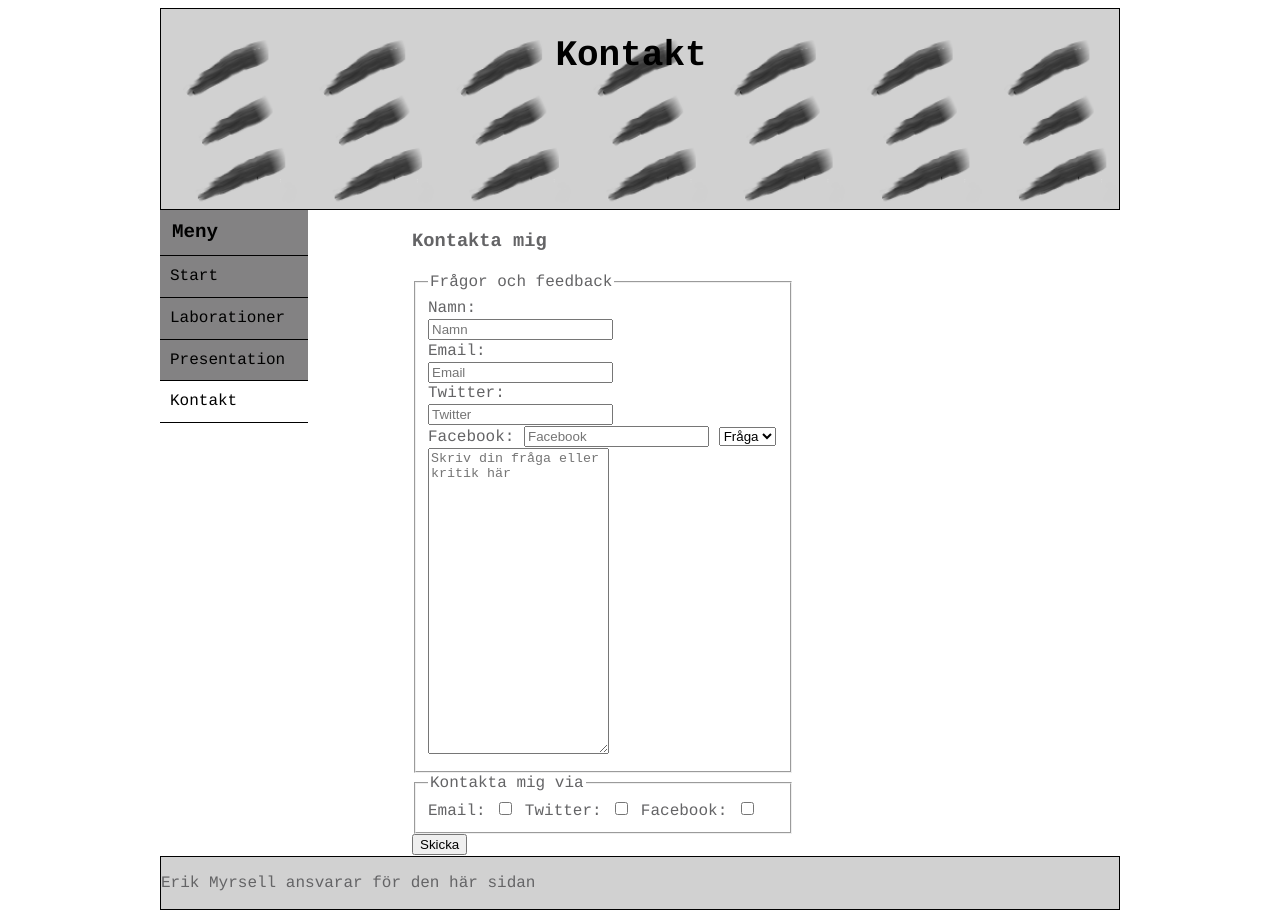
Repository: em222mt/1IK415_em222mt
Page: pages/kontakt.html
The author's editor kept a record of every edit. The page is drawn from the files as they stood at one moment, then again after the next edit.
The browser window is 1280 px wide. The pictures show the whole page.

Above is the page before.

### pages/kontakt.html
<!doctype html>
<html lang="sv">

<head>
     <meta charset="utf-8">
     <title>Kontakt</title>

     <link rel="stylesheet" href="../css/basic.css">
</head>

    <body>
        <div id="container">

            <div id="header">

            <h1 class="headertitle">Kontakt</h1>

            </div>

            <div id="navigation">

            <ul>
                <li>Meny</li>
                <li><a href="../index.html">Start</a></li>
                <li><a href="laborationer.html">Laborationer</a></li>
                <li><a href="presentation.html">Presentation</a></li>
                <li><a href="kontakt.html" class="active">Kontakt</a></li>
            </ul>

            </div>

            <div id="content">

            <div id="contact">

            <h3>Kontakta mig</h3>

            <!-- Formulär börjar här -->

            <form id="form" action="http://voyager.lnu.se/tekinet/kurser/dtt/wp_webbintro/form.php" method="post">
                <fieldset>
                    <legend id="formframe">Frågor och feedback</legend>

                        <label id="formname" for="namn">Namn:</label></br>
                        <input id="formname" placeholder="Namn" type="text" name="namn" id="namn" /></br>

                        <label id="formemail"for="email">Email:</label></br>
                        <input id="formemail"placeholder="Email" type="text" name="email" id="email" /></br>

                        <label id="formtwitter" for="twitter">Twitter:</label></br>
                        <input id="formtwitter"placeholder="Twitter" type="text" name="twitter" id="twitter" /></br>

                        <label id="formfacebook" for="facebook">Facebook:</label>
                        <input id="formfacebook" placeholder="Facebook" type="text" name="facebook" id="facebook" />

                        <select id="formselector" name="fråga eller feedback">
                            <option value="Fråga" selected> Fråga </option>
                            <option value="Ris"> Ris </option>
                            <option value="Ros"> Ros </option>
                        </select>

                        <textarea id="formtext" for="textarea" cols="20" rows="20" placeholder="Skriv din fråga eller kritik här" type="text" name="textarea" id="textarea"></textarea>

               </fieldset>

               <fieldset>
                   <legend>Kontakta mig via</legend>

                        <label for="recepientemail">Email:</label>
                        <input type="checkbox" name="recepientemail" id="recepientemail" />
                        <label for="recepienttwitter">Twitter:</label>
                        <input type="checkbox" name="recepienttwitter" id="recepienttwitter" />
                        <label for="recepientfacebook">Facebook:</label>
                        <input type="checkbox" name="recepientfacebook" id="recepientfacebook" />

                </fieldset>

                <input id="formsubmit" type="submit" value="Skicka" />

            </form>

            </div>

            </div>

            <div id="footer">

                <p>Erik Myrsell ansvarar för den här sidan</p>

            </div>

        </div>

    </body>
</html>

### css/basic.css
/*
Background main: #FFFFFF
Background aside: #838283
Background header/footer: #D1D1D1
text-color: #646466
*/

/*Layout*/

a:link 	    { color: black; }
a:visited 	{ color: gray; }
a:focus 	{ color: #838283; }
a:hover	    { color: #6495ED; }
a:active 	{ color: #FFFFFF; }

/*Container*/

#container {
    max-width: 960px;
    overflow: auto;
    margin: 0 auto;
}

/*----------------------------------------*/

/*Header*/

#header {
    border-style: solid;
    border-width: 1px;
    width: 958px;
    background-color: #D1D1D1;
    background-image: url(../pics/Logo5.png);
    background-repeat: round;
    background-position: left;
    text-indent: 300px;
    height: 200px;
}

/*----------------------------------------*/

/*Navigation*/

#navigation {
    float: left;
    width: 148px;
    background-color: #838283;
}

#navigation ul {
    width: 148px;
    margin: 0; padding: 0;
}

#navigation li {
    list-style-type: none;
    border-bottom: 1px solid black;
    text-decoration: none;
}

#navigation li a {
    display: block;
    padding: 10px;
    background-color: #838283;
    color: black;
    text-decoration: none;
}

#navigation li a:hover {
    background-color: white;
    color: #51476F;
    text-decoration: none;
}

#navigation ul li .active {
    background-color: white;
    border-right: none;
}

#navigation ul li:firstchild {
    font-size: 1.2em;
    text-align: center;
    padding-bottom: 10px;
    padding-top: 10px;
}

#navigation > ul > li:nth-child(1){
    color: black;
    font-weight: bold;
    font-size: 1.2em;
    text-indent: 12px;
    padding-bottom: 10px;
    padding-top: 10px;
}

/*----------------------------------------*/

/*Content*/

#content {
    float: left;
    max-width: 808px;
    background-color: #FFFFFF;
    padding-right: 84px;
    padding-left: 84px;
}

#content, p {
    color: #646466;
    font-family: courier , serif;
    line-height: 130%;
    width: 640px;
}

/*----------------------------------------*/

/*Footer*/

#footer {
    border-style: solid;
    border-width: 1px;
    clear: both;
    max-width: 958px;
    background-color: #D1D1D1;
}

/*----------------------------------------*/

/*Storleksanpassat bild i inlägg 2*/
#gubbe {
    max-width: 450px;
}

/*fonts*/
h1, h2, h3, ul, ol, li, form {
    color: #646466;
    font-family: courier , serif;
    line-height: 130%;
    width: 640px;
}

/*----------------------------------------*/

/*Tabell på laboration.html*/

#content table tr td {
    width: 40%;
    border: 2px solid #838283;
    text-align: center;
    border-top-right-radius: 5px;
    border-bottom-right-radius: 5px;

}

#table th {
    border: 2px solid #838283;
    font-size: 1.03em;
    border-top-right-radius: 5px;
    border-bottom-right-radius: 5px;
}

tfoot {
    font-size: 1.03em;
}

/*----------------------------------------*/

/*Lagt till padding för att bulka upp index- och kontaktsidan.*/
#blogg {
    padding-right: 30px;
    padding-left: 30px;
}

#contact {
    padding-right: 20px;
    padding-left: 20px;
}

/*----------------------------------------*/

/*Anpassat headerns text*/

.headertitle {
    text-align: center;
    color: black;
    font-size: 2.25em;
}

/*----------------------------------------*/

/*Lagt till en bild vid blogginläggen*/

h3.entry {
    background-image: url(../pics/post.png);
    background-repeat: no-repeat;
    background-position: top left;
    text-indent: 35px;
}
.entrypic {
    float: right;
    width: 35%;
}

/*----------------------------------------*/
/*#form > fieldset:nth-child(1) {*/
/*    width: 350px;*/
/*}*/

/*#form > fieldset:nth-child(2) {*/
/*    width: 350px;*/
/*}*/

#form fieldset {
    width: 350px;
}

After the next edit:
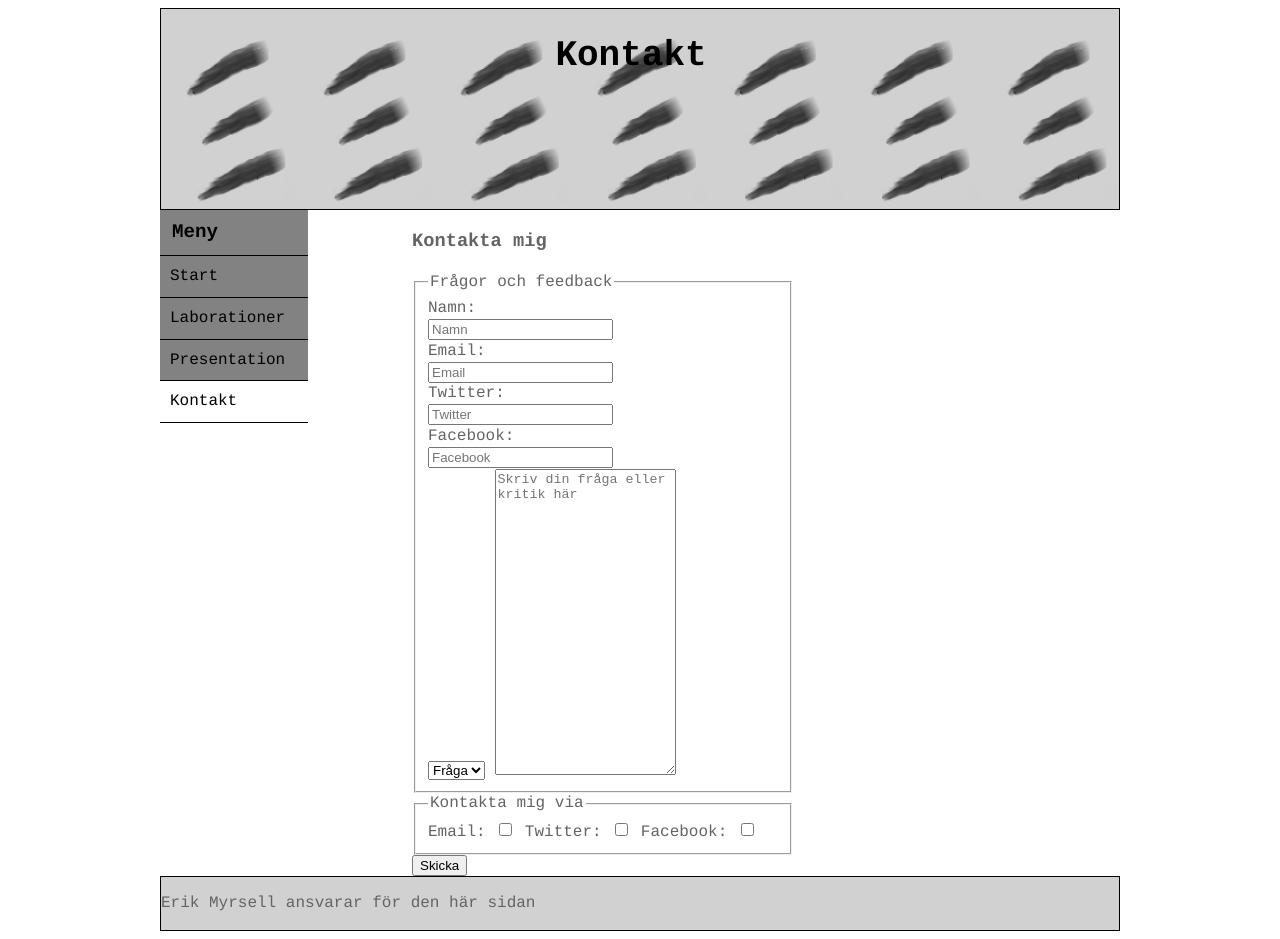
The edit:
--- a/pages/kontakt.html
+++ b/pages/kontakt.html
@@ -50,8 +50,8 @@
                         <label id="formtwitter" for="twitter">Twitter:</label></br>
                         <input id="formtwitter"placeholder="Twitter" type="text" name="twitter" id="twitter" /></br>
 
-                        <label id="formfacebook" for="facebook">Facebook:</label>
-                        <input id="formfacebook" placeholder="Facebook" type="text" name="facebook" id="facebook" />
+                        <label id="formfacebook" for="facebook">Facebook:</label></br>
+                        <input id="formfacebook" placeholder="Facebook" type="text" name="facebook" id="facebook" /></br>
 
                         <select id="formselector" name="fråga eller feedback">
                             <option value="Fråga" selected> Fråga </option>
